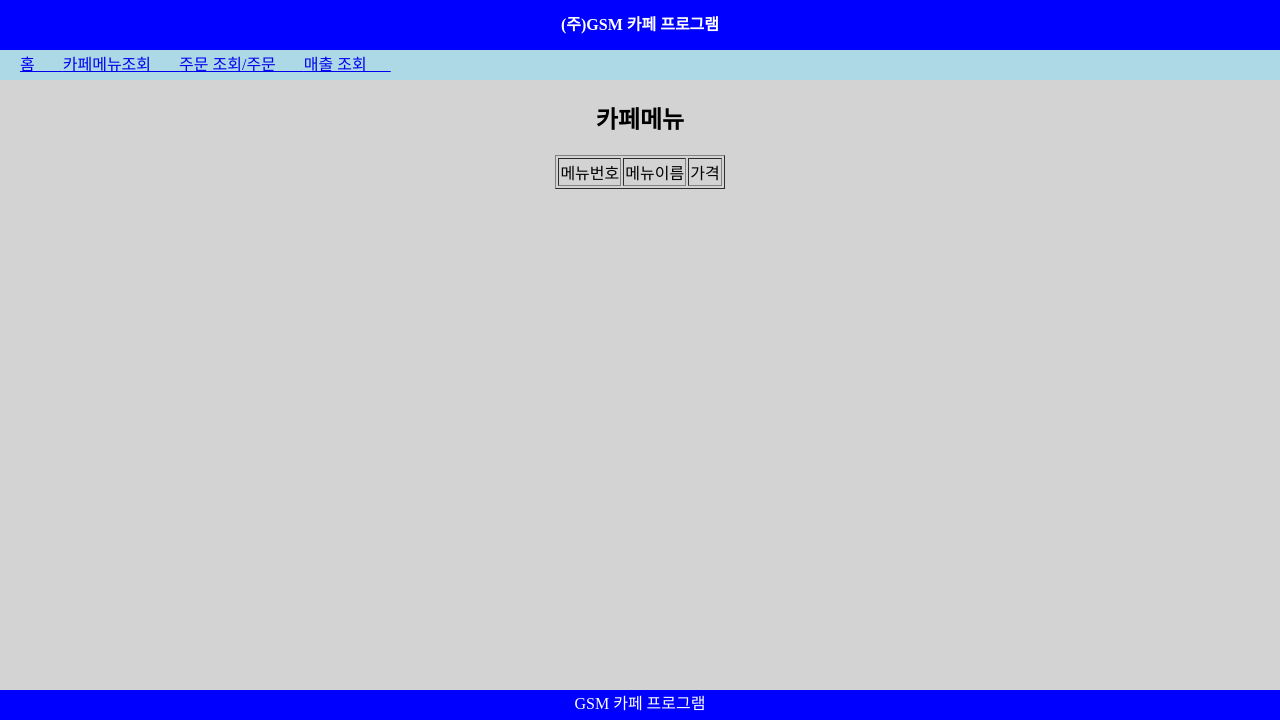
Repository: jiye-stingray/JSP
Page: http://localhost/Cafe/menulist.jsp
These files come from the project's save history. The page is drawn as it stood at one moment and after the next save; the edit follows.
The browser window is 1280 px wide. The pictures show the whole page.
The page is served by Tomcat 9.

Above is the page before, as saved 2022-10-04 10:48:36.

After the next save:
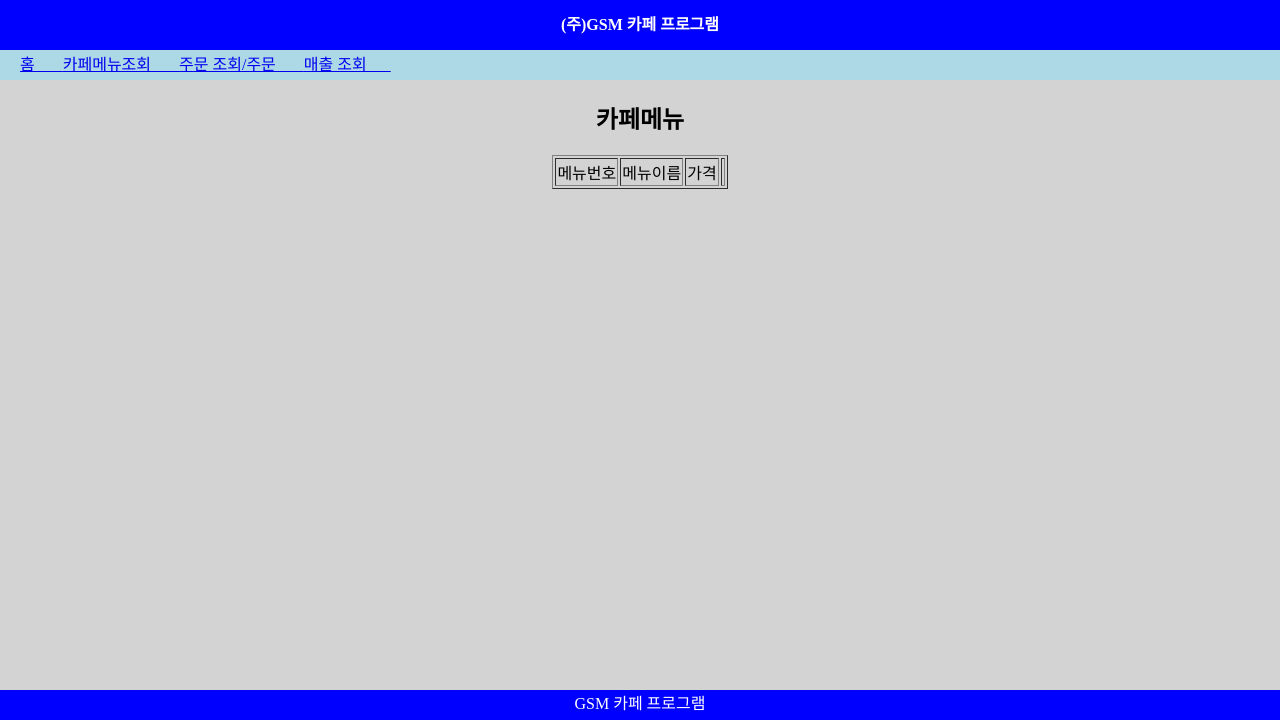
Saved 9 s later.
--- a/WithMIRA/Cafe/src/main/webapp/menulist.jsp
+++ b/WithMIRA/Cafe/src/main/webapp/menulist.jsp
@@ -18,6 +18,7 @@
 		<td>메뉴번호</td>
 		<td>메뉴이름</td>
 		<td>가격</td>
+		<td></td>
 	</tr>
 
 </table>
